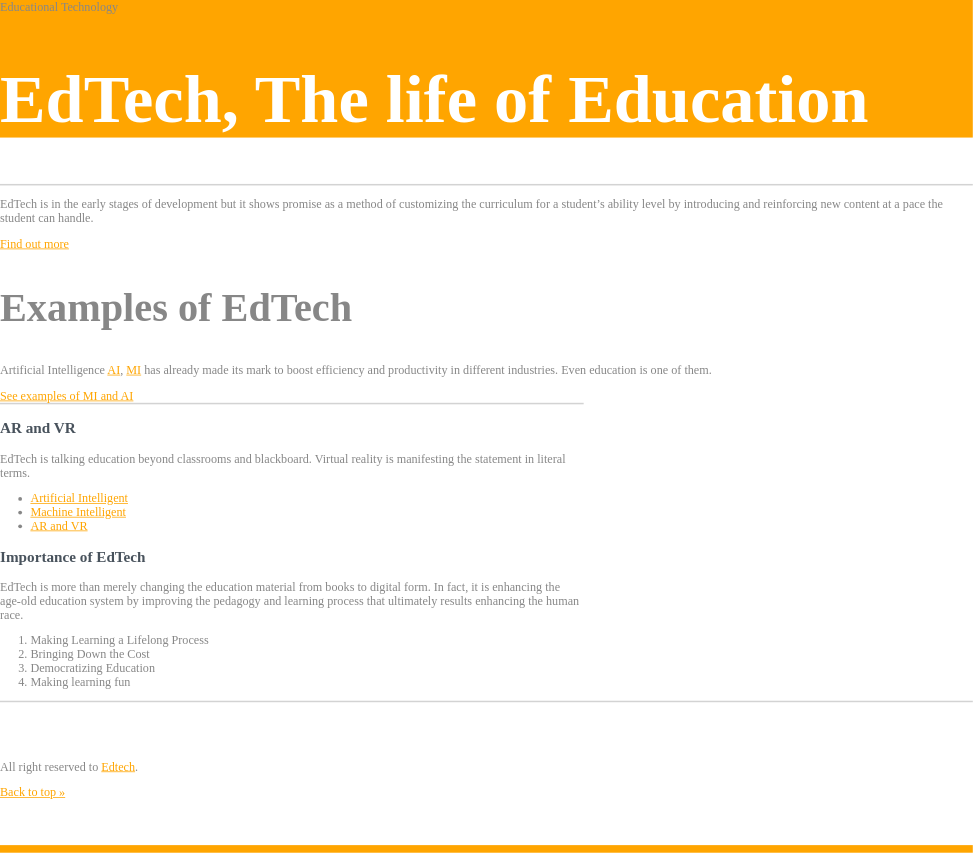
Repository: tunmishyi/edtech
Page: index.html
These files come from the project's save history. The page is drawn as it stood at one moment and after the next save; the edit follows.
The browser window is 1280 px wide. The pictures show the whole page, at 76% of full size.

Above is the page before, as saved 2020-06-09 22:51:34.

After the next save:
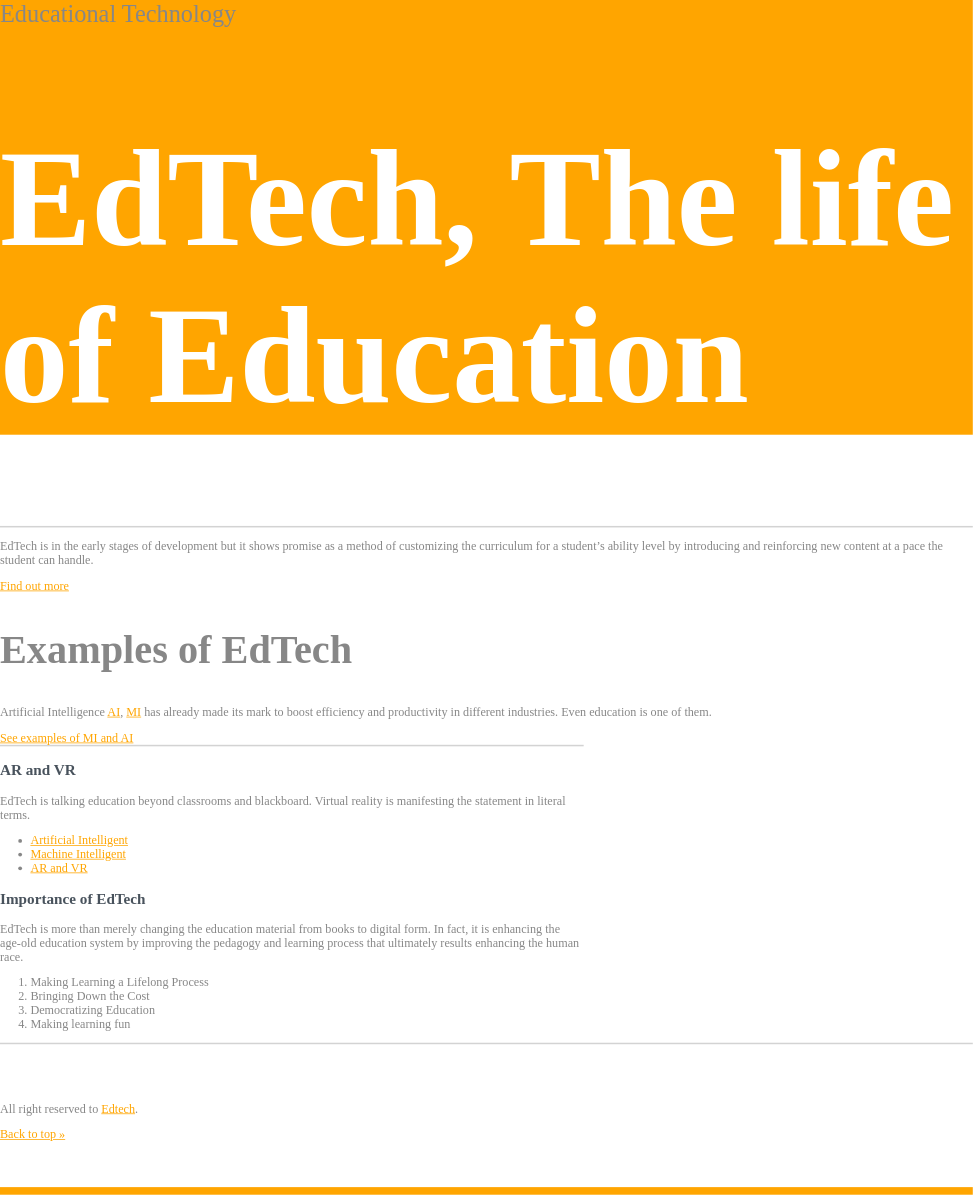
Saved 36 s later.
--- a/style.css
+++ b/style.css
@@ -50,7 +50,7 @@ h1 {
 
     .main-header {
         background-color: orange;
-        font-size:
+        font-size: 2em;
     }
 
     .title {
